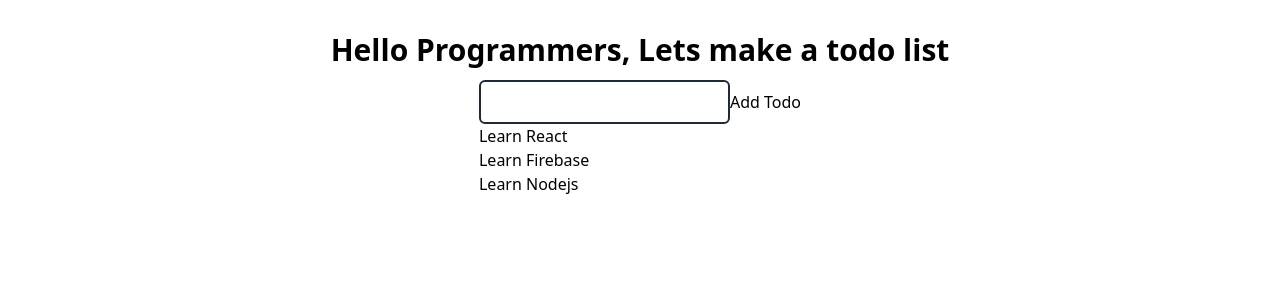
Repository: Shamraiz761/todo_list
Page: /
These files come from the project's save history. The page is drawn as it stood at one moment and after the next save; the edit follows.
The browser window is 1280 px wide. The pictures show the whole page.
The project was rebuilt for these pictures with package versions that can differ from the ones it lists, and the page was loaded fresh each time. Also part of the build but not shown: vite.config.js.

Above is the page before, as saved 2024-01-11 22:36:45.

### src/App.jsx
import { useState } from "react";

function App() {
  const [todo, setTodo] = useState([
    "Learn React",
    "Learn Firebase",
    "Learn Nodejs",
  ]);
  const [input, setInput] = useState("");
  const addTodo = (e) => {
    e.preventDefault();
    setTodo([...todo, input]);
    setInput("");
  };

  return (
    <div className="m-5 p-3 ">
      <h1 className="text-3xl font-bold  text-center">
        Hello Programmers, Lets make a todo list
      </h1>
      <div className="flex justify-center items-center my-3">
        <div>
          <form>
            <input
              type="text"
              value={input}
              className="border-2 border-gray-800  p-2 rounded-md"
              onChange={(e) => {
                setInput(e.target.value);
              }}
            />
            <button onClick={addTodo}>Add Todo</button>
          </form>
          <ul>
            {todo.map((item, index) => {
              return <li key={index}>{item}</li>;
            })}
          </ul>
        </div>
      </div>
    </div>
  );
}

export default App;

Loaded but not shown: index.html (common file); src/main.jsx (common file); src/index.css (common file); tailwind.config.js (common file)

After the next save:
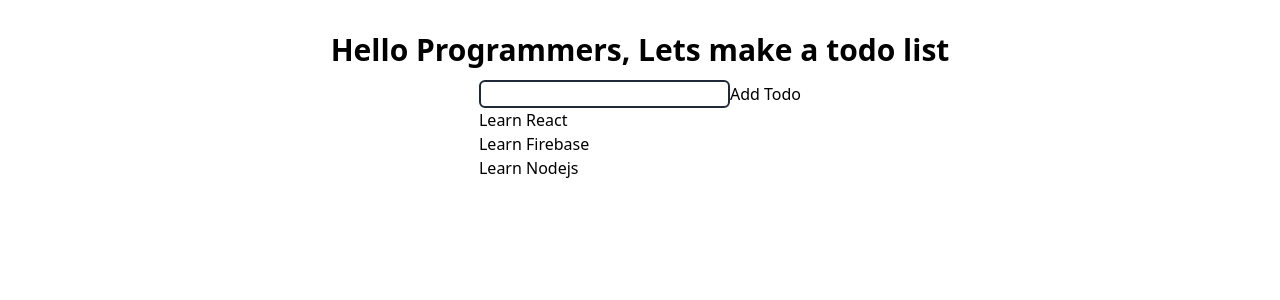
Saved 7 s later.
--- a/src/App.jsx
+++ b/src/App.jsx
@@ -24,7 +24,7 @@ function App() {
             <input
               type="text"
               value={input}
-              className="border-2 border-gray-800  p-2 rounded-md"
+              className="border-2 border-gray-800  px-2 rounded-md"
               onChange={(e) => {
                 setInput(e.target.value);
               }}
